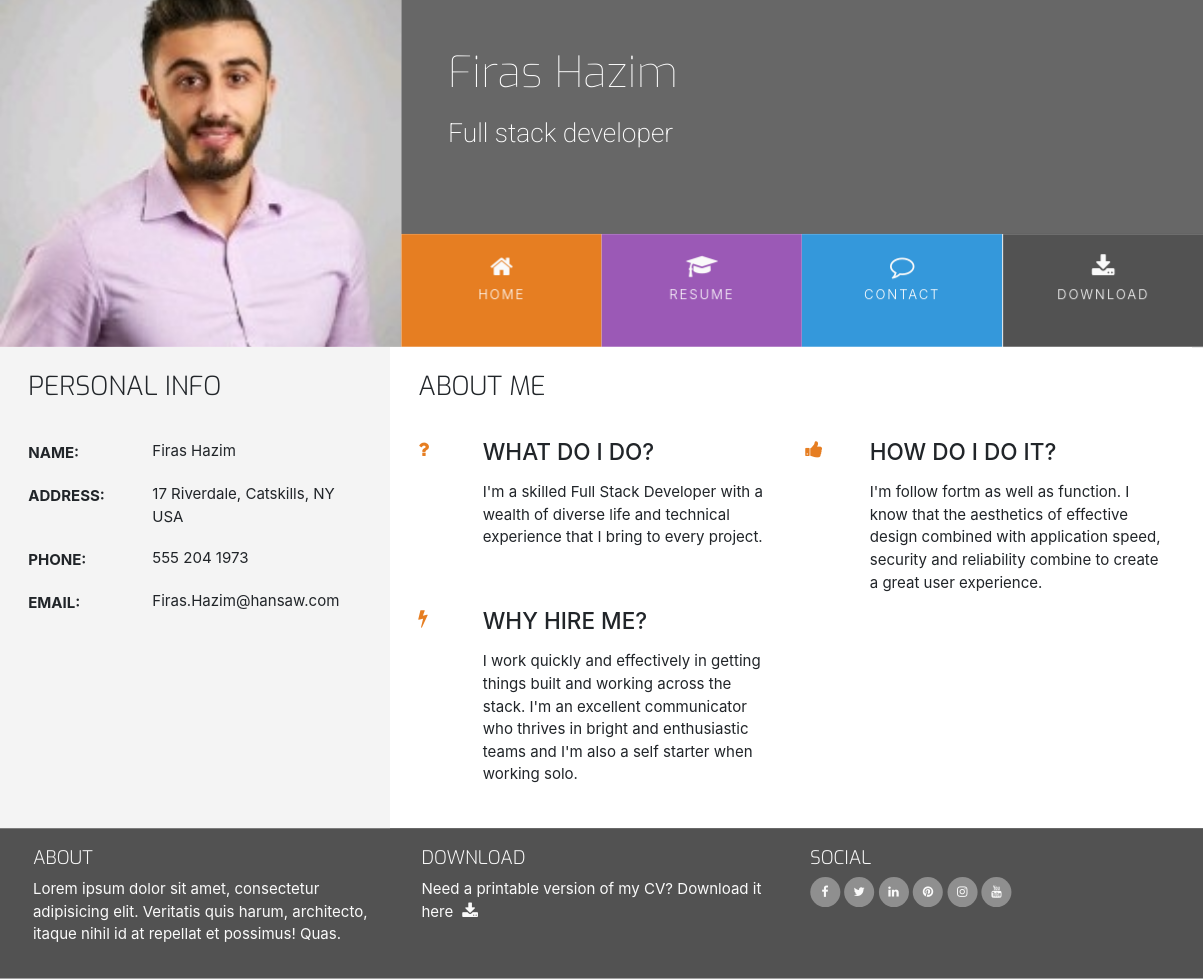
Repository: FirasH94/ResumeProject
Page: index.html
The author's editor kept a record of every edit. The page is drawn from the files as they stood at one moment, then again after the next edit.
The browser window is 1280 px wide. The pictures show the whole page, at 94% of full size.

Above is the page before.

After the next edit:
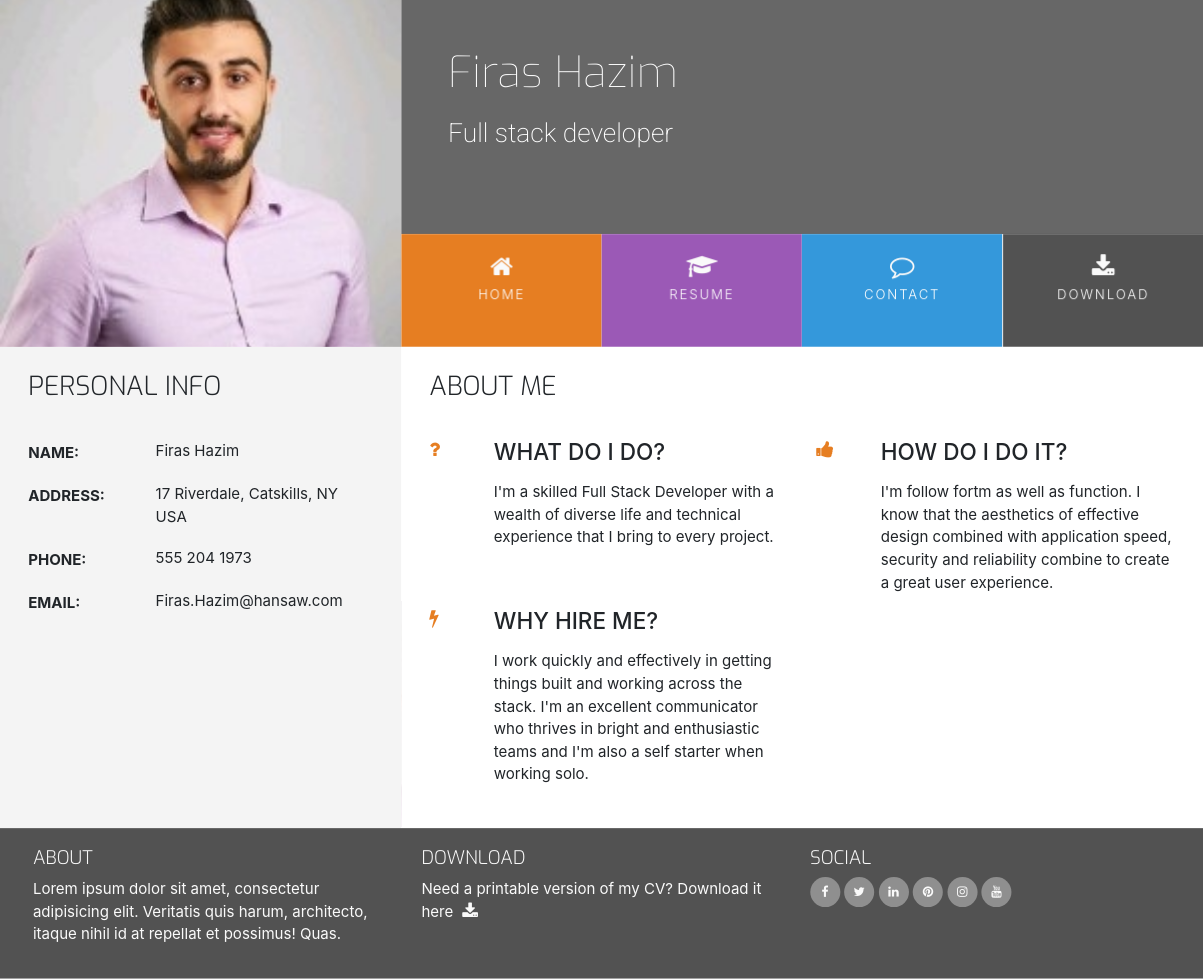
The edit:
--- a/index.html
+++ b/index.html
@@ -46,7 +46,7 @@
     </header>
     <section class="container-fluid">
         <div class="row">
-            <div class="cold-md-4 bg-color-personal-info section-column">
+            <div class="col-md-4 bg-color-personal-info section-column">
                 <div class="row">
                     <div class="col-12">
                         <h3 class="section-heading uppercase">
